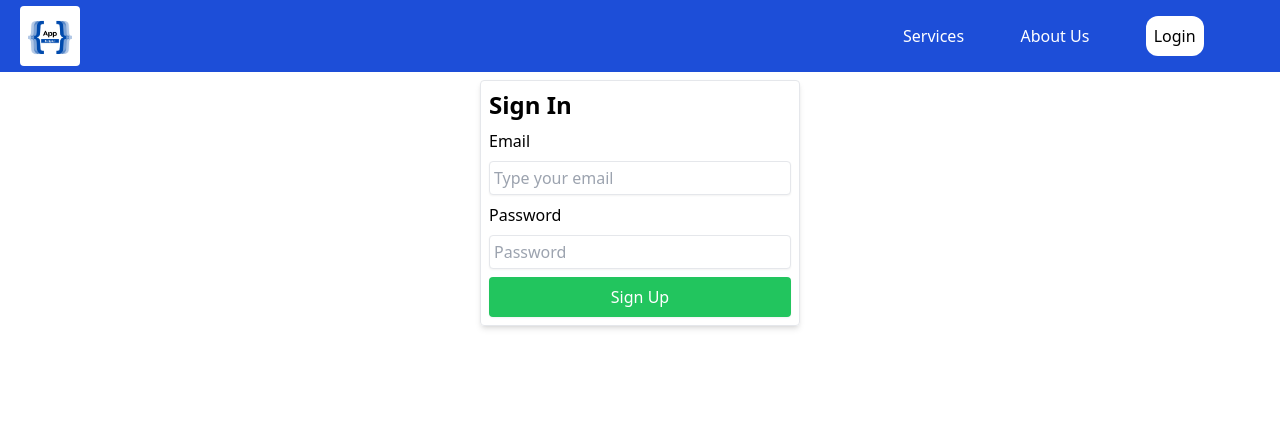
Repository: Cotizacionact/appscriptersvelte
Page: /Auth
An editor plug-in stored every save of this project. The page is shown before and after the next save, followed by the edit.
The browser window is 1280 px wide. The pictures show the whole page.
The page's requests for data from a server got no answer. The project was rebuilt for these pictures with package versions that can differ from the ones it lists, and the page was loaded fresh each time. The framework's server and built-in components were replaced by stand-ins that run in the browser. No one was signed in, and anything a server would have sent is missing. Also part of the build but not shown: svelte.config.js, vite.config.ts, src/routes/Auth/register.svelte, src/routes/Auth/SignOut.svelte.

Above is the page before, as saved 2023-08-20 02:41:11.

After the next save:
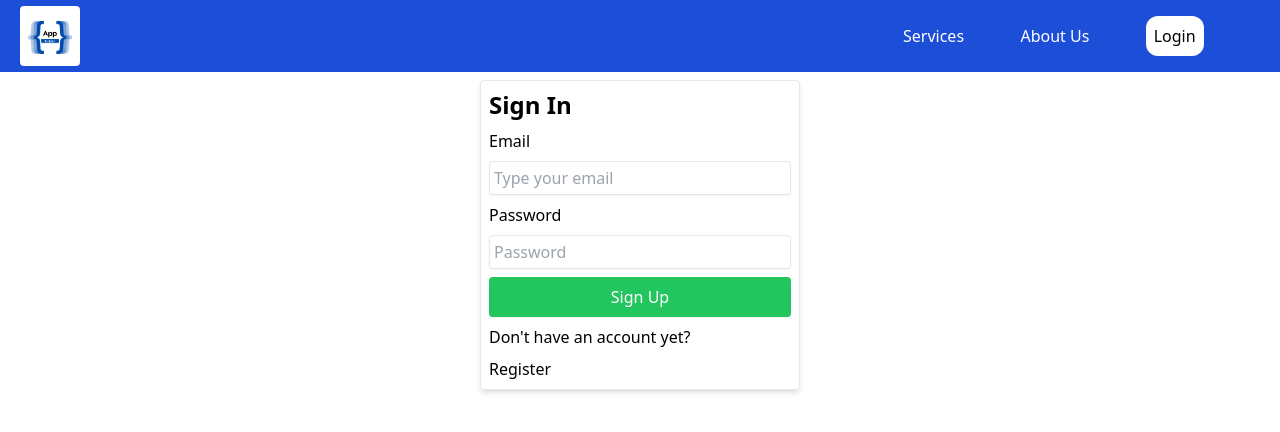
Saved 24 s later.
--- a/src/routes/Auth/SignIn.svelte
+++ b/src/routes/Auth/SignIn.svelte
@@ -10,5 +10,6 @@
         <label for="password">Password</label>
         <input class="shadow-sm rounded border p-1" type="password" name="password" id="password" placeholder="Password"/>
         <button class="shadow-sm hover:shadow-md active:shadow-lg bg-green-500 text-white p-2 rounded hover:bg-green-700 active:bg-green-900">Sign Up</button>
+        <p>Don't have an account yet?</p> <a>Register</a>
     </form>
 </main>
